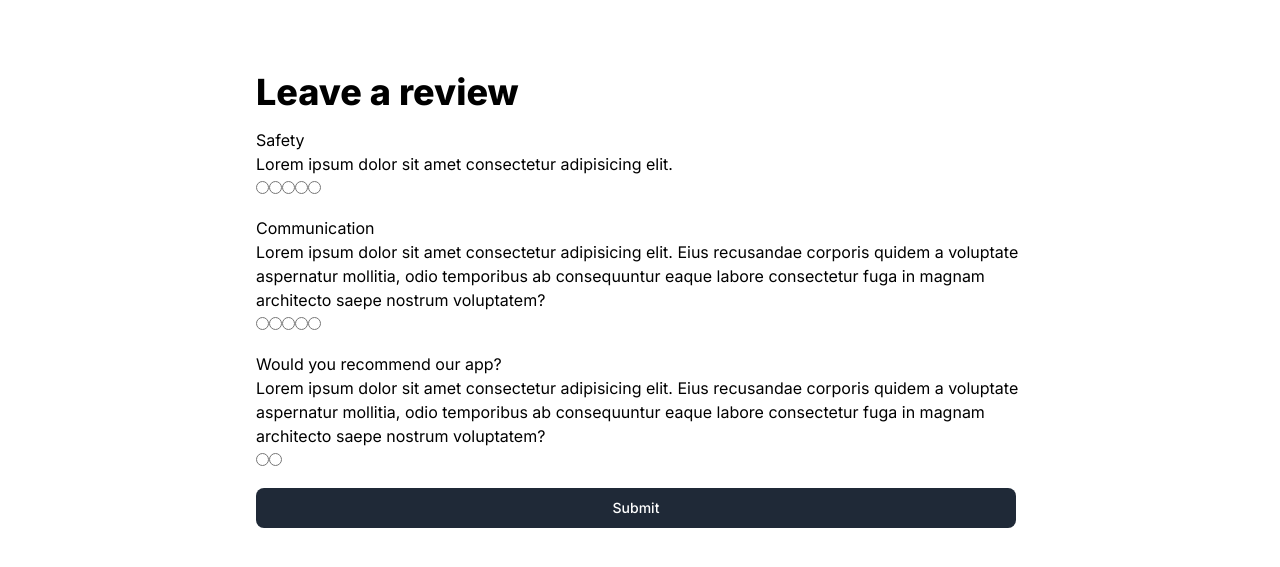
Repository: akankshaajoshi/review-form
Page: /review
The author's editor kept a copy of each file at every save. The page is drawn from the files as they stood at one save, then again after the next save.
The browser window is 1280 px wide. The pictures show the whole page.
The project was rebuilt for these pictures with package versions that can differ from the ones it lists, and the page was loaded fresh each time. The framework's server and built-in components were replaced by stand-ins that run in the browser. Also part of the build but not shown: next.config.mjs.

Above is the page before, as saved 2024-05-25 12:33:32.

### app/(routes)/review/page.tsx
'use client'
import { useFormState, useFormStatus } from "react-dom";
import {createReview} from "@/app/actions"

const initialState = {
    message: null,
}

function SubmitButton(){
    const {pending} = useFormStatus();
    return (
        <button type="submit" className="text-white bg-gray-800 hover:bg-gray-900 focus:outline-none focus:ring-4 focus:ring-gray-300 font-medium rounded-lg text-sm px-5 py-2.5 me-2 mb-2 dark:bg-gray-800 dark:hover:bg-gray-700 dark:focus:ring-gray-700 dark:border-gray-700" aria-disabled={pending}>
            Submit
        </button>
    )
}

export default function Review(){
    const ratings = [1, 2, 3, 4, 5];
    const [state, formAction] = useFormState(createReview, initialState);
    return (
        <div className="flex flex-col items-center w-[100vw] h-[100vh]">
            <div className="flex flex-col gap-y-4 items-left mt-[10vh] h-[80vh] w-[60vw]">
            <h2 className="text-4xl font-extrabold">Leave a review</h2>
            {state?.message}
            <form action={formAction} className="flex flex-col gap-y-4">
                <fieldset>
                    <label htmlFor="safety">Safety</label>
                    <p>Lorem ipsum dolor sit amet consectetur adipisicing elit. </p>
                    {ratings.map((item, index) =>{
                        return (
                            <input key={index} type="radio" name="safety" id={item.toString()} value={item}/>
                        )
                    })}
                </fieldset>
                <fieldset>
                    <label htmlFor="communication">Communication</label>
                    <p>Lorem ipsum dolor sit amet consectetur adipisicing elit. Eius recusandae corporis quidem a voluptate aspernatur mollitia, odio temporibus ab consequuntur eaque labore consectetur fuga in magnam architecto saepe nostrum voluptatem?</p>
                    {ratings.map((item, index) =>{
                        return (
                            <input key={index} type="radio" name="communication" id={item.toString()} value={item}/>
                        )
                    })}
                </fieldset>
                <fieldset>
                    <label htmlFor="recommend">Would you recommend our app? </label>
                    <p>Lorem ipsum dolor sit amet consectetur adipisicing elit. Eius recusandae corporis quidem a voluptate aspernatur mollitia, odio temporibus ab consequuntur eaque labore consectetur fuga in magnam architecto saepe nostrum voluptatem?</p>
                    <input type="radio" name="recommend" id="true" value="true" />
                    <input type="radio" name="recommend" id="false" value="false"/>
                </fieldset>
                <SubmitButton/>
            </form>
            </div>
        </div>
    )
}

### app/actions.tsx
'use server'

import {revalidatePath} from "next/cache";
import {sql} from "@vercel/postgres"
import {z} from 'zod'
// CREATE TABLE reviews (
//     id SERIAL PRIMARY KEY,
//      safety INTEGER NOT NULL,
//     communication INTEGER NOT NULL,
//      recommend VARCHAR(5) NOT NULL );
export async function createReview(prevState: {message: string}, formData: FormData){

    const schema = z.object({
        safety: z.number(),
        communication: z.number(),
        recommend: z.string(),
    })
    const parse = schema.safeParse({
        safety: Number(formData.get('safety')),
        communication: Number(formData.get('communication')),
        recommend: formData.get('recommend'),
    })

    if (!parse.success) {
        console.log("incorrect parse")
        return { message: "Failed to create todo" };
      }

    const data = parse.data

    try{
        await sql`
        INSERT INTO reviews(safety, communication, recommend) VALUES (${data.safety}, ${data.communication}, ${data.recommend})
        `
        // revalidatePath('/reviews/' )
        return {message: `Added review successfully.`}
    }catch(err){
        console.log(err)
        return {message: `Failed to add review.`}
    }
}

Loaded but not shown: app/layout.tsx (common file); app/globals.css (common file); tailwind.config.ts (common file)

After the next save:
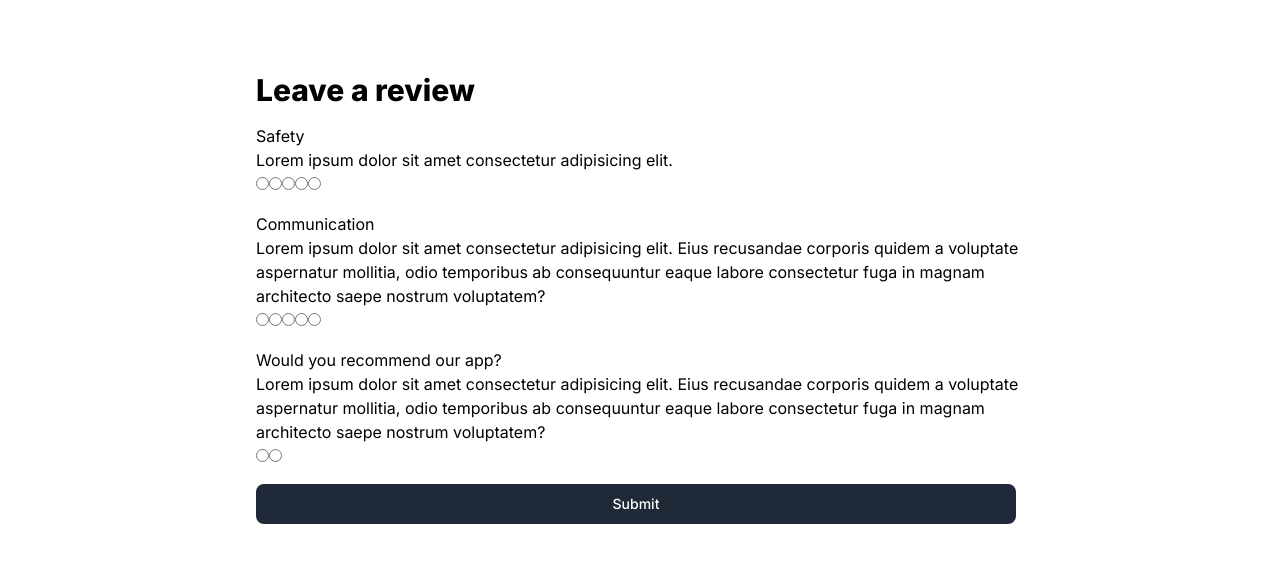
Saved 5 s later.
--- a/app/(routes)/review/page.tsx
+++ b/app/(routes)/review/page.tsx
@@ -21,7 +21,7 @@
     return (
         <div className="flex flex-col items-center w-[100vw] h-[100vh]">
             <div className="flex flex-col gap-y-4 items-left mt-[10vh] h-[80vh] w-[60vw]">
-            <h2 className="text-4xl font-extrabold">Leave a review</h2>
+            <h2 className="text-3xl font-extrabold">Leave a review</h2>
             {state?.message}
             <form action={formAction} className="flex flex-col gap-y-4">
                 <fieldset>

After the save that followed:
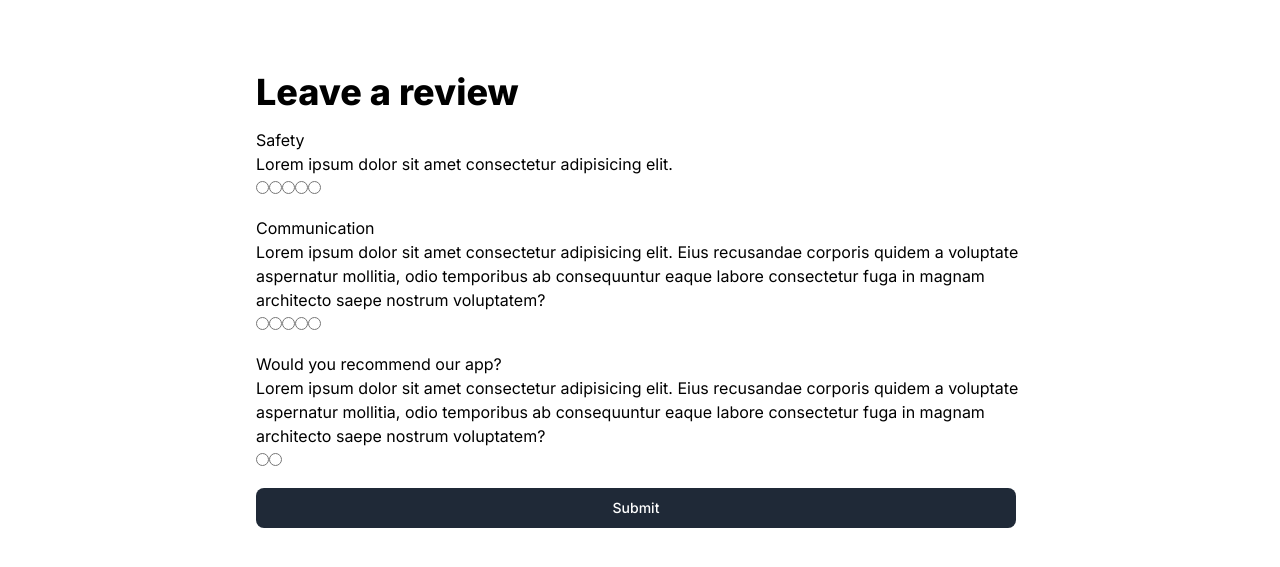
Saved 5 s later.
--- a/app/(routes)/review/page.tsx
+++ b/app/(routes)/review/page.tsx
@@ -21,7 +21,7 @@
     return (
         <div className="flex flex-col items-center w-[100vw] h-[100vh]">
             <div className="flex flex-col gap-y-4 items-left mt-[10vh] h-[80vh] w-[60vw]">
-            <h2 className="text-3xl font-extrabold">Leave a review</h2>
+            <h2 className="text-4xl font-extrabold">Leave a review</h2>
             {state?.message}
             <form action={formAction} className="flex flex-col gap-y-4">
                 <fieldset>
